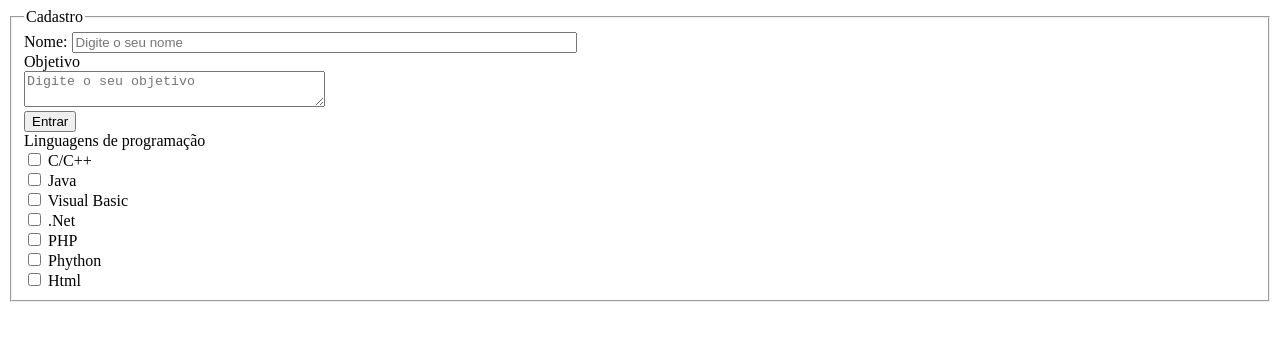
Repository: Lerif/WebServletLearning
Page: http://localhost/WebLearning/
An editor plug-in stored every save of this project. The page is shown before and after the next save, followed by the edit.
The browser window is 1280 px wide. The pictures show the whole page.
The page is served by Tomcat 9. Other server files are loaded and not shown.

Above is the page before, as saved 2016-10-26 13:06:42.

### WebServelets/WebLearning/WebContent/TryJSP.jsp
<%@ page language="java" contentType="text/html; charset=UTF-8"
    pageEncoding="UTF-8"%>
<!DOCTYPE html>
<html>
<head>
<meta http-equiv="Content-Type" content="text/html; charset=UTF-8">
<title>HelloWorld</title>
</head>
<body>
	<form name = "CadastroUsuario" id="CadastroId" method="post" action="ServeletTry">
		<fieldset>
			<legend>Cadastro</legend>
			Nome:
			<input type="text" 	name="name" size="60" placeholder="Digite o seu nome" required/>
			<br>
			Objetivo
			<br>
			<textarea name="objetivo" cols="35" rows="2" placeholder="Digite o seu objetivo" required></textarea>

			<br>
			<button onClick="entrar()" value="Submit form">Entrar</button>
			<br>

			Linguagens de programação
			<br>
			<input type="checkbox" id="formacao1" name="formacao1" value="0" /> C/C++ <br>
			<input type="checkbox" id="formacao2" name="formacao2" value="1" /> Java<br>
			<input type="checkbox" id="formacao3" name="formacao3" value="2" /> Visual Basic<br>
			<input type="checkbox" id="formacao4" name="formacao4" value="3" /> .Net<br>
			<input type="checkbox" id="formacao5" name="formacao5" value="4" /> PHP<br>
			<input type="checkbox" id="formacao6" name="formacao6" value="5" /> Phython<br>
			<input type="checkbox" id="formacao7" name="formacao7" value="6" /> Html<br>
		</fieldset>
	</form>
</body>

<script>
	function entrar(){
		document.getElementById("CadastroId").submit();
	}
</script>
</html>

After the next save:
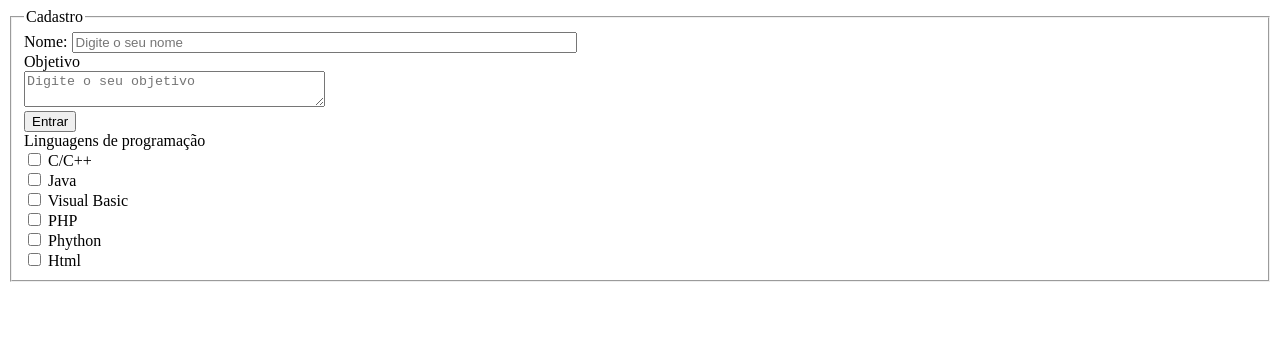
Saved 33 s later.
--- a/WebServelets/WebLearning/WebContent/TryJSP.jsp
+++ b/WebServelets/WebLearning/WebContent/TryJSP.jsp
@@ -23,11 +23,10 @@
 
 			Linguagens de programação
 			<br>
-			<input type="checkbox" id="formacao1" name="formacao1" value="0" /> C/C++ <br>
-			<input type="checkbox" id="formacao2" name="formacao2" value="1" /> Java<br>
-			<input type="checkbox" id="formacao3" name="formacao3" value="2" /> Visual Basic<br>
-			<input type="checkbox" id="formacao4" name="formacao4" value="3" /> .Net<br>
-			<input type="checkbox" id="formacao5" name="formacao5" value="4" /> PHP<br>
+			<input type="checkbox" id="formacao1" name="c" value="0" /> C/C++ <br>
+			<input type="checkbox" id="formacao2" name="java" value="1" /> Java<br>
+			<input type="checkbox" id="formacao3" name="vb" value="2" /> Visual Basic<br>
+			<input type="checkbox" id="formacao5" name="php" value="4" /> PHP<br>
 			<input type="checkbox" id="formacao6" name="formacao6" value="5" /> Phython<br>
 			<input type="checkbox" id="formacao7" name="formacao7" value="6" /> Html<br>
 		</fieldset>
